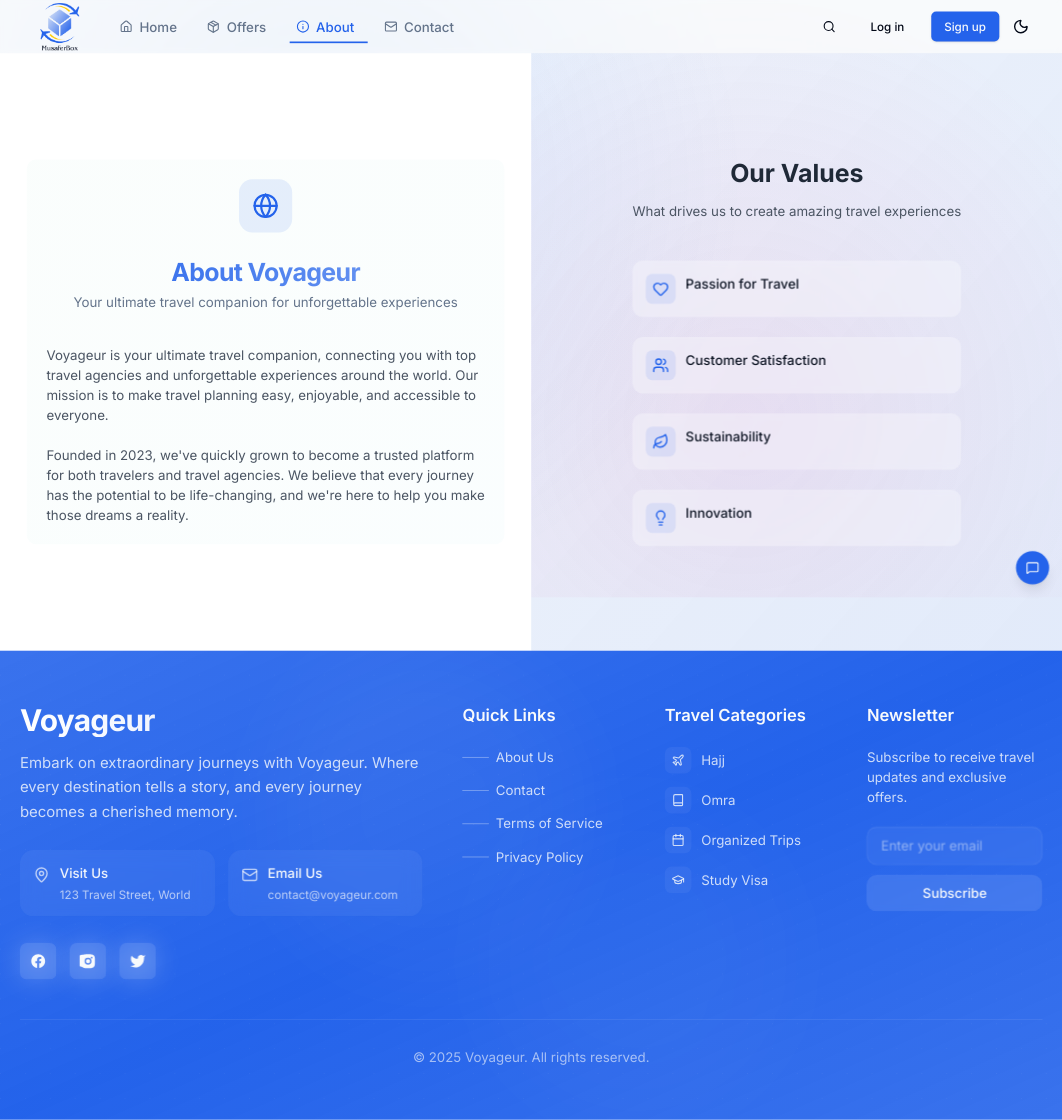
Repository: SYK3S999/musafir-box-platform
Page: /about
These files come from the project's save history. The page is drawn as it stood at one moment and after the next save; the edit follows.
The browser window is 1280 px wide. The pictures show the whole page, at 83% of full size.
The project was rebuilt for these pictures with package versions that can differ from the ones it lists, and the page was loaded fresh each time. The framework's server and built-in components were replaced by stand-ins that run in the browser. Also part of the build but not shown: next.config.mjs, components/ui/input.tsx, components/ui/avatar.tsx, components/ui/dropdown-menu.tsx.

Above is the page before, as saved 2025-02-13 00:20:46.

### app/layout.tsx
"use client"

import "./globals.css"
import { Inter } from "next/font/google"
import Header from "@/components/Header"
import Footer from "@/components/Footer"
import { Toaster } from "@/components/ui/toaster"
import { ThemeProvider } from "@/components/theme-provider"
import { AnimatePresence, motion } from "framer-motion"
import type React from "react"
import Chatbot from "@/components/Chatbot"
import { AuthProvider } from "@/contexts/AuthContext"
import { AdminProvider } from "@/contexts/AdminContext"

const inter = Inter({ subsets: ["latin"] })

// export const metadata = {
//   title: "Voyageur - Your Ultimate Travel Companion",
//   description: "Discover and book amazing travel experiences with top agencies worldwide",
// }

export default function RootLayout({
  children,
}: {
  children: React.ReactNode
}) {
  return (
    <html lang="en" suppressHydrationWarning>
      <body className={`${inter.className} min-h-screen bg-background text-foreground antialiased`}>
        <AuthProvider>
          <AdminProvider>
            <ThemeProvider attribute="class" defaultTheme="system" enableSystem>
              <div className="relative flex min-h-screen flex-col">
                <Header />
                <AnimatePresence mode="wait">
                  <motion.main
                    className="flex-1"
                    initial={{ opacity: 0, y: 20 }}
                    animate={{ opacity: 1, y: 0 }}
                    exit={{ opacity: 0, y: 20 }}
                    transition={{ duration: 0.3 }}
                  >
                    {children}
                  </motion.main>
                </AnimatePresence>
                <Footer />
              </div>
              <Toaster />
              <Chatbot />
            </ThemeProvider>
          </AdminProvider>
        </AuthProvider>
      </body>
    </html>
  )
}

### app/globals.css
@tailwind base;
@tailwind components;
@tailwind utilities;

@layer base {
  :root {
    --background: 210 40% 98%;
    --foreground: 222.2 84% 4.9%;

    --card: 0 0% 100%;
    --card-foreground: 222.2 84% 4.9%;

    --popover: 0 0% 100%;
    --popover-foreground: 222.2 84% 4.9%;

    --primary: 221 83% 53%;
    --primary-foreground: 210 40% 98%;

    --secondary: 210 40% 96.1%;
    --secondary-foreground: 222.2 47.4% 11.2%;

    --muted: 210 40% 96.1%;
    --muted-foreground: 215.4 16.3% 46.9%;

    --accent: 210 40% 96.1%;
    --accent-foreground: 222.2 47.4% 11.2%;

    --destructive: 0 84.2% 60.2%;
    --destructive-foreground: 210 40% 98%;

    --border: 214.3 31.8% 91.4%;
    --input: 214.3 31.8% 91.4%;
    --ring: 221 83% 53%;

    --radius: 0.5rem;
  }

  .dark {
    --background: 222 47% 11%;
    --foreground: 213 31% 91%;

    --card: 222 47% 11%;
    --card-foreground: 213 31% 91%;

    --popover: 222 47% 11%;
    --popover-foreground: 213 31% 91%;

    --primary: 217 91% 60%;
    --primary-foreground: 222.2 47.4% 11.2%;

    --secondary: 217 32% 17%;
    --secondary-foreground: 210 40% 98%;

    --muted: 217 32% 17%;
    --muted-foreground: 215 20% 65%;

    --accent: 217 32% 17%;
    --accent-foreground: 210 40% 98%;

    --destructive: 0 62.8% 30.6%;
    --destructive-foreground: 210 40% 98%;

    --border: 217 32% 17%;
    --input: 217 32% 17%;
    --ring: 224 76% 48%;
  }
}

@layer base {
  * {
    @apply border-border;
  }
  body {
    @apply bg-background text-foreground;
  }
}

.bg-primary-gradient {
  @apply bg-gradient-to-br from-primary/90 via-primary to-primary/90;
}

.dark .bg-primary-gradient {
  @apply bg-gradient-to-br from-primary/20 via-primary/30 to-primary/20;
}

### components/Header.tsx
"use client"

import { useState, useEffect } from "react"
import Link from "next/link"
import Image from "next/image"
import { usePathname } from "next/navigation"
import { motion, AnimatePresence } from "framer-motion"
import { Button } from "@/components/ui/button"
import { Input } from "@/components/ui/input"
import { Sheet, SheetContent, SheetTrigger } from "@/components/ui/sheet"
import { Menu, X, Search, Home, Package, Info, Mail, User, Calendar, LogOut,  LayoutDashboard,Users,Building2, } from "lucide-react"
import { ModeToggle } from "@/components/mode-toggle"
import { useAuth } from "@/contexts/AuthContext"
import { Avatar, AvatarFallback, AvatarImage } from "@/components/ui/avatar"
import {

  DropdownMenu,
  DropdownMenuContent,
  DropdownMenuItem,
  DropdownMenuLabel,
  DropdownMenuSeparator,
  DropdownMenuTrigger,
} from "@/components/ui/dropdown-menu"



const getNavItems = (role: string | undefined) => {
  const commonItems = [
    { name: "Home", path: "/", icon: Home },
    { name: "Offers", path: "/offers", icon: Package },
    { name: "About", path: "/about", icon: Info },
    { name: "Contact", path: "/contact", icon: Mail },

  ]

  const clientItems = [
    { name: "My Bookings", path: "/client/bookings", icon: Calendar },
    { name: "Wishlist", path: "/client/wishlist", icon: Package },
    { name: "Travel Alone", path: "/client/travel-alone", icon: Calendar },
    // { name: "Profile", path: "/client/profile", icon: User },
  ]

  const agencyItems = [
    { name: "My Offers", path: "/agency/offers", icon: Package },
    { name: "Reviews", path: "/agency/reviews", icon: Calendar },
    // { name: "Profile", path: "/agency/profile", icon: User },
  ]
  const adminItems = [
    { name: "Dashboard", path: "/admin/dashboard", icon: LayoutDashboard },
    { name: "Users", path: "/admin/users", icon: Users },
    { name: "Agencies", path: "/admin/agencies", icon: Building2 },
  ]

  if (role === "client") {
    return [...commonItems, ...clientItems]
  } else if (role === "agency") {
    return [...commonItems, ...agencyItems]
  } else if (role === "admin") {
    return [...commonItems, ...adminItems]
  }
  return commonItems
}

const Header = () => {
  const { user, logout } = useAuth()
  const [isSearchOpen, setIsSearchOpen] = useState(false)
  const [isMobileMenuOpen, setIsMobileMenuOpen] = useState(false)
  const [scrolled, setScrolled] = useState(false)
  const pathname = usePathname()

  const isActive = (path: string) => pathname === path

  useEffect(() => {
    const handleScroll = () => {
      setScrolled(window.scrollY > 20)
    }
    window.addEventListener("scroll", handleScroll)
    return () => window.removeEventListener("scroll", handleScroll)
  }, [])

  const navItems = getNavItems(user?.role)

  return (
    <motion.header
      className={`sticky top-0 z-50 w-full transition-all duration-300 ${
        scrolled
          ? "bg-background/80 backdrop-blur-lg shadow-lg dark:bg-background/90 dark:shadow-primary/5"
          : "bg-background/50 backdrop-blur-sm dark:bg-background/70"
      }`}
      initial={{ y: -100 }}
      animate={{ y: 0 }}
      transition={{ type: "spring", stiffness: 100, damping: 20 }}
    >
      <div className="container flex h-16 items-center px-4 sm:px-6 lg:px-8">
        <div className="mr-4 flex items-center flex-1">
          {/* Logo is now shown regardless of authentication status */}
            <Link href="/" className="mr-4 sm:mr-ç flex items-center space-x-2">
            <Image
              src="/Musafer.png"
              alt="Voyageur Logo"
              width={100}
              height={30}
              className="w-24 sm:w-20 h-auto !block ml-0" // Force visibility and move to the left
              priority
            />
            </Link>
          <nav className="hidden md:flex items-center space-x-1">
            {navItems.map((item) => (
              <Link key={item.path} href={item.path}>
                <motion.div
                  className={`px-4 py-2 rounded-lg flex items-center space-x-2 transition-colors relative ${
                    isActive(item.path)
                      ? "text-primary dark:text-primary"
                      : "text-muted-foreground hover:text-primary dark:text-muted-foreground dark:hover:text-primary"
                  }`}
                  whileHover={{ scale: 1.05 }}
                  whileTap={{ scale: 0.95 }}
                >
                  <item.icon className="w-4 h-4" />
                  <span className="font-medium">{item.name}</span>
                  {isActive(item.path) && (
                    <motion.div
                      className="absolute bottom-0 left-0 right-0 h-0.5 bg-primary"
                      layoutId="navbar-indicator"
                    />
                  )}
                </motion.div>
              </Link>
            ))}
          </nav>
        </div>


        <Sheet open={isMobileMenuOpen} onOpenChange={setIsMobileMenuOpen}>
          <SheetTrigger asChild>
            <Button variant="ghost" className="md:hidden" onClick={() => setIsMobileMenuOpen(!isMobileMenuOpen)}>
              <motion.div whileHover={{ scale: 1.1 }} whileTap={{ scale: 0.9 }}>
                {isMobileMenuOpen ? <X className="h-5 w-5" /> : <Menu className="h-5 w-5" />}
              </motion.div>
              <span className="sr-only">Toggle Menu</span>
            </Button>
          </SheetTrigger>
          <SheetContent side="left" className="w-[300px] sm:w-[400px]">
            <MobileNav navItems={navItems} />
          </SheetContent>
        </Sheet>

        <div className="flex items-center justify-end space-x-2 sm:space-x-4 flex-1">
          <AnimatePresence mode="wait">
            {isSearchOpen ? (
              <motion.div
                initial={{ width: 0, opacity: 0 }}
                animate={{ width: "100%", opacity: 1 }}
                exit={{ width: 0, opacity: 0 }}
                transition={{ duration: 0.3 }}
                className="relative"
              >
                <Input
                  type="search"
                  placeholder="Search destinations..."
                  className="pr-10 w-full md:w-[300px] lg:w-[400px] bg-background/50 backdrop-blur-sm border-primary/20 focus:border-primary"
                  autoFocus
                />
                <Button
                  size="icon"
                  variant="ghost"
                  className="absolute right-0 top-0 h-full"
                  onClick={() => setIsSearchOpen(false)}
                >
                  <X className="h-4 w-4" />
                </Button>
              </motion.div>
            ) : (
              <motion.div initial={{ scale: 0 }} animate={{ scale: 1 }} exit={{ scale: 0 }}>
                <Button
                  size="icon"
                  variant="ghost"
                  onClick={() => setIsSearchOpen(true)}
                  className="hover:bg-primary/10"
                >
                  <Search className="h-4 w-4" />
                </Button>
              </motion.div>
            )}
          </AnimatePresence>

          <nav className="flex items-center space-x-2">
            {user ? (
              <DropdownMenu>
                <DropdownMenuTrigger asChild>
                  <Button variant="ghost" className="relative h-8 w-8 rounded-full">
                    <Avatar className="h-8 w-8">
                      <AvatarImage src="/avatars/01.png" alt={user.name} />
                      <AvatarFallback>{user.name.charAt(0)}</AvatarFallback>
                    </Avatar>
                  </Button>
                </DropdownMenuTrigger>
                <DropdownMenuContent className="w-56" align="end" forceMount>
                  <DropdownMenuLabel className="font-normal">
                    <div className="flex flex-col space-y-1">
                      <p className="text-sm font-medium leading-none">{user.name}</p>
                      <p className="text-xs leading-none text-muted-foreground">{user.email}</p>
                    </div>
                  </DropdownMenuLabel>
                  <DropdownMenuSeparator />
                  <DropdownMenuItem asChild>
                    <Link href={`/${user.role}/profile`}>
                      <User className="mr-2 h-4 w-4" />
                      <span>Profile</span>
                    </Link>
                  </DropdownMenuItem>

                  <DropdownMenuSeparator />
                  <DropdownMenuItem onClick={logout}>
                    <LogOut className="mr-2 h-4 w-4" />
                    <span>Log out</span>
                  </DropdownMenuItem>
                </DropdownMenuContent>
              </DropdownMenu>
            ) : (
              <>
                <Button variant="ghost" asChild className="mr-2">
                  <Link href="/login">Log in</Link>
                </Button>
                <Button asChild>
                  <Link href="/register">Sign up</Link>
                </Button>
              </>
            )}
            <ModeToggle />
          </nav>
        </div>
      </div>
    </motion.header>
  )
}

const MobileNav = ({ navItems }: { navItems: { name: string; path: string; icon: any }[] }) => {
  return (
    <div className="min-h-screen bg-background pt-6 pb-20">
      <div className="px-6 pb-6 mb-6 border-b">
        {/* Logo in mobile menu is now shown regardless of authentication status */}
        <Link href="/" className="mr-4 sm:mr-8 flex items-center space-x-2 relative group">
          <Image
            src="/Musafer.png"
            alt="Voyageur Logo"
            width={120}
            height={40}
            className="w-24 sm:w-32"
          />
        </Link>
      </div>
      <nav className="px-3">
        {navItems.map((item) => (
          <Link key={item.path} href={item.path}>
            <motion.div
              className="flex items-center space-x-4 px-3 py-4 rounded-lg hover:bg-primary/10 transition-colors"
              whileHover={{ x: 5 }}
              whileTap={{ scale: 0.98 }}
            >
              <item.icon className="w-5 h-5" />
              <span className="font-medium">{item.name}</span>
            </motion.div>
          </Link>
        ))}
      </nav>
    </div>
  )
}

export default Header

### components/ui/toaster.tsx
"use client"

import { useToast } from "@/hooks/use-toast"
import {
  Toast,
  ToastClose,
  ToastDescription,
  ToastProvider,
  ToastTitle,
  ToastViewport,
} from "@/components/ui/toast"

export function Toaster() {
  const { toasts } = useToast()

  return (
    <ToastProvider>
      {toasts.map(function ({ id, title, description, action, ...props }) {
        return (
          <Toast key={id} {...props}>
            <div className="grid gap-1">
              {title && <ToastTitle>{title}</ToastTitle>}
              {description && (
                <ToastDescription>{description}</ToastDescription>
              )}
            </div>
            {action}
            <ToastClose />
          </Toast>
        )
      })}
      <ToastViewport />
    </ToastProvider>
  )
}

### components/theme-provider.tsx
"use client"
import { ThemeProvider as NextThemesProvider } from "next-themes"
import type { ThemeProviderProps } from "next-themes"

export function ThemeProvider({ children, ...props }: ThemeProviderProps) {
  return <NextThemesProvider {...props}>{children}</NextThemesProvider>
}

export { useTheme } from "next-themes"

### contexts/AuthContext.tsx
"use client"

import type React from "react"
import { createContext, useState, useContext, useEffect } from "react"

type User = {
  id: string
  name: string
  email: string
  phone?: string
  location?: string
  image?: string
  role: "client" | "agency" | "admin"
} | null

type AuthContextType = {
  user: User
  login: (email: string, password: string) => Promise<void>
  logout: () => void
  isLoading: boolean
}

const AuthContext = createContext<AuthContextType | undefined>(undefined)

export const useAuth = () => {
  const context = useContext(AuthContext)
  if (!context) {
    throw new Error("useAuth must be used within an AuthProvider")
  }
  return context
}

export const AuthProvider: React.FC<{ children: React.ReactNode }> = ({ children }) => {
  const [user, setUser] = useState<User>(null)
  const [isLoading, setIsLoading] = useState(true)

  useEffect(() => {
    if (typeof window !== "undefined") {
      const storedUser = localStorage.getItem("user")
      if (storedUser) {
        setUser(JSON.parse(storedUser))
      }
    }
    setTimeout(() => setIsLoading(false), 500) // Delays isLoading to avoid flicker
  }, [])


  const login = async (email: string, password: string) => {
    try {
      setIsLoading(true)

      await new Promise((resolve) => setTimeout(resolve, 1000))

      let userData: User
      if (email.includes("admin")) {
        userData = { id: "admin1", name: "Admin User", email, role: "admin" }
      } else {
        userData = { id: "1", name: "John Doe", email, role: email.includes("agency") ? "agency" : "client" }
      }

      setUser(userData)
      localStorage.setItem("user", JSON.stringify(userData))
    } catch (error) {
      console.error("Login failed:", error)
    } finally {
      setIsLoading(false)
    }
  }

  const logout = () => {
    setUser(null)
    localStorage.removeItem("user")
  }

  return <AuthContext.Provider value={{ user, login, logout, isLoading }}>{children}</AuthContext.Provider>
}

### components/ui/card.tsx
import * as React from "react"

import { cn } from "@/lib/utils"

const Card = React.forwardRef<
  HTMLDivElement,
  React.HTMLAttributes<HTMLDivElement>
>(({ className, ...props }, ref) => (
  <div
    ref={ref}
    className={cn(
      "rounded-xl border bg-card text-card-foreground shadow",
      className
    )}
    {...props}
  />
))
Card.displayName = "Card"

const CardHeader = React.forwardRef<
  HTMLDivElement,
  React.HTMLAttributes<HTMLDivElement>
>(({ className, ...props }, ref) => (
  <div
    ref={ref}
    className={cn("flex flex-col space-y-1.5 p-6", className)}
    {...props}
  />
))
CardHeader.displayName = "CardHeader"

const CardTitle = React.forwardRef<
  HTMLDivElement,
  React.HTMLAttributes<HTMLDivElement>
>(({ className, ...props }, ref) => (
  <div
    ref={ref}
    className={cn("font-semibold leading-none tracking-tight", className)}
    {...props}
  />
))
CardTitle.displayName = "CardTitle"

const CardDescription = React.forwardRef<
  HTMLDivElement,
  React.HTMLAttributes<HTMLDivElement>
>(({ className, ...props }, ref) => (
  <div
    ref={ref}
    className={cn("text-sm text-muted-foreground", className)}
    {...props}
  />
))
CardDescription.displayName = "CardDescription"

const CardContent = React.forwardRef<
  HTMLDivElement,
  React.HTMLAttributes<HTMLDivElement>
>(({ className, ...props }, ref) => (
  <div ref={ref} className={cn("p-6 pt-0", className)} {...props} />
))
CardContent.displayName = "CardContent"

const CardFooter = React.forwardRef<
  HTMLDivElement,
  React.HTMLAttributes<HTMLDivElement>
>(({ className, ...props }, ref) => (
  <div
    ref={ref}
    className={cn("flex items-center p-6 pt-0", className)}
    {...props}
  />
))
CardFooter.displayName = "CardFooter"

export { Card, CardHeader, CardFooter, CardTitle, CardDescription, CardContent }

### components/ui/button.tsx
import * as React from "react"
import { Slot } from "@radix-ui/react-slot"
import { cva, type VariantProps } from "class-variance-authority"

import { cn } from "@/lib/utils"

const buttonVariants = cva(
  "inline-flex items-center justify-center gap-2 whitespace-nowrap rounded-md text-sm font-medium transition-colors focus-visible:outline-none focus-visible:ring-1 focus-visible:ring-ring disabled:pointer-events-none disabled:opacity-50 [&_svg]:pointer-events-none [&_svg]:size-4 [&_svg]:shrink-0",
  {
    variants: {
      variant: {
        default:
          "bg-primary text-primary-foreground shadow hover:bg-primary/90",
        destructive:
          "bg-destructive text-destructive-foreground shadow-sm hover:bg-destructive/90",
        outline:
          "border border-input bg-background shadow-sm hover:bg-accent hover:text-accent-foreground",
        secondary:
          "bg-secondary text-secondary-foreground shadow-sm hover:bg-secondary/80",
        ghost: "hover:bg-accent hover:text-accent-foreground",
        link: "text-primary underline-offset-4 hover:underline",
      },
      size: {
        default: "h-9 px-4 py-2",
        sm: "h-8 rounded-md px-3 text-xs",
        lg: "h-10 rounded-md px-8",
        icon: "h-9 w-9",
      },
    },
    defaultVariants: {
      variant: "default",
      size: "default",
    },
  }
)

export interface ButtonProps
  extends React.ButtonHTMLAttributes<HTMLButtonElement>,
    VariantProps<typeof buttonVariants> {
  asChild?: boolean
}

const Button = React.forwardRef<HTMLButtonElement, ButtonProps>(
  ({ className, variant, size, asChild = false, ...props }, ref) => {
    const Comp = asChild ? Slot : "button"
    return (
      <Comp
        className={cn(buttonVariants({ variant, size, className }))}
        ref={ref}
        {...props}
      />
    )
  }
)
Button.displayName = "Button"

export { Button, buttonVariants }

### components/mode-toggle.tsx
"use client"

import { useTheme } from "next-themes"
import { Sun, Moon } from "lucide-react"

export const ModeToggle = () => {
  const { theme, setTheme } = useTheme()

  return (
    <button
      onClick={() => setTheme(theme === "dark" ? "light" : "dark")}
      className="p-2 rounded-md hover:bg-gray-100 dark:hover:bg-gray-800"
    >
      {theme === "dark" ? <Sun className="h-5 w-5" /> : <Moon className="h-5 w-5" />}
    </button>
  )
}

Loaded but not shown: hooks/use-toast.ts (common file); lib/utils.ts (common file); tailwind.config.js (80 lines, source omitted); components/Footer.tsx (198 lines, source omitted); components/Chatbot.tsx (177 lines, source omitted); contexts/AdminContext.tsx (196 lines, source omitted); app/about/page.tsx (149 lines, source omitted); components/ui/toast.tsx (129 lines, source omitted); components/ui/sheet.tsx (140 lines, source omitted)

After the next save:
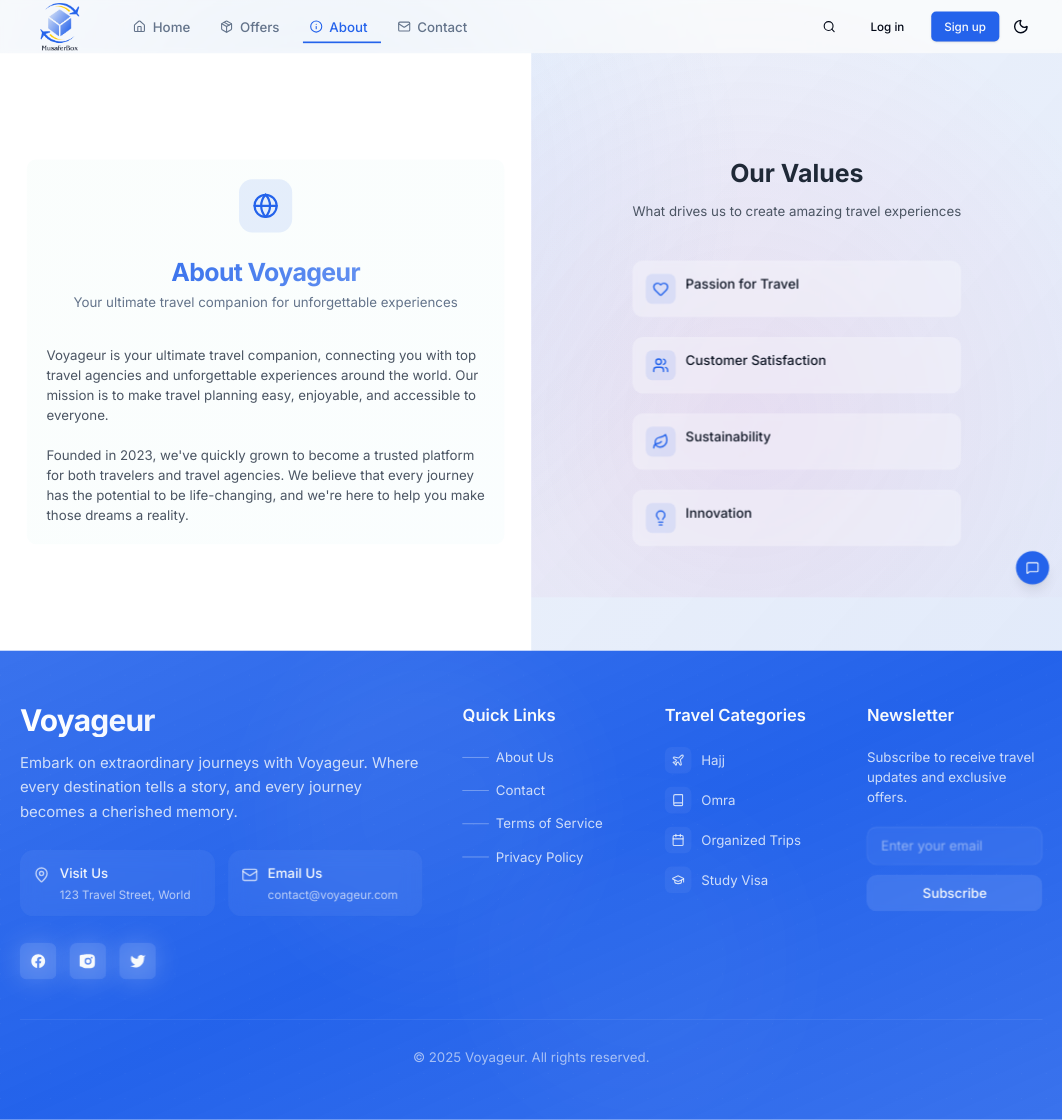
Saved 5 s later.
--- a/components/Header.tsx
+++ b/components/Header.tsx
@@ -94,7 +94,7 @@ const Header = () => {
       <div className="container flex h-16 items-center px-4 sm:px-6 lg:px-8">
         <div className="mr-4 flex items-center flex-1">
           {/* Logo is now shown regardless of authentication status */}
-            <Link href="/" className="mr-4 sm:mr-ç flex items-center space-x-2">
+            <Link href="/" className="mr-4 sm:mr-8 flex items-center space-x-2">
             <Image
               src="/Musafer.png"
               alt="Voyageur Logo"
